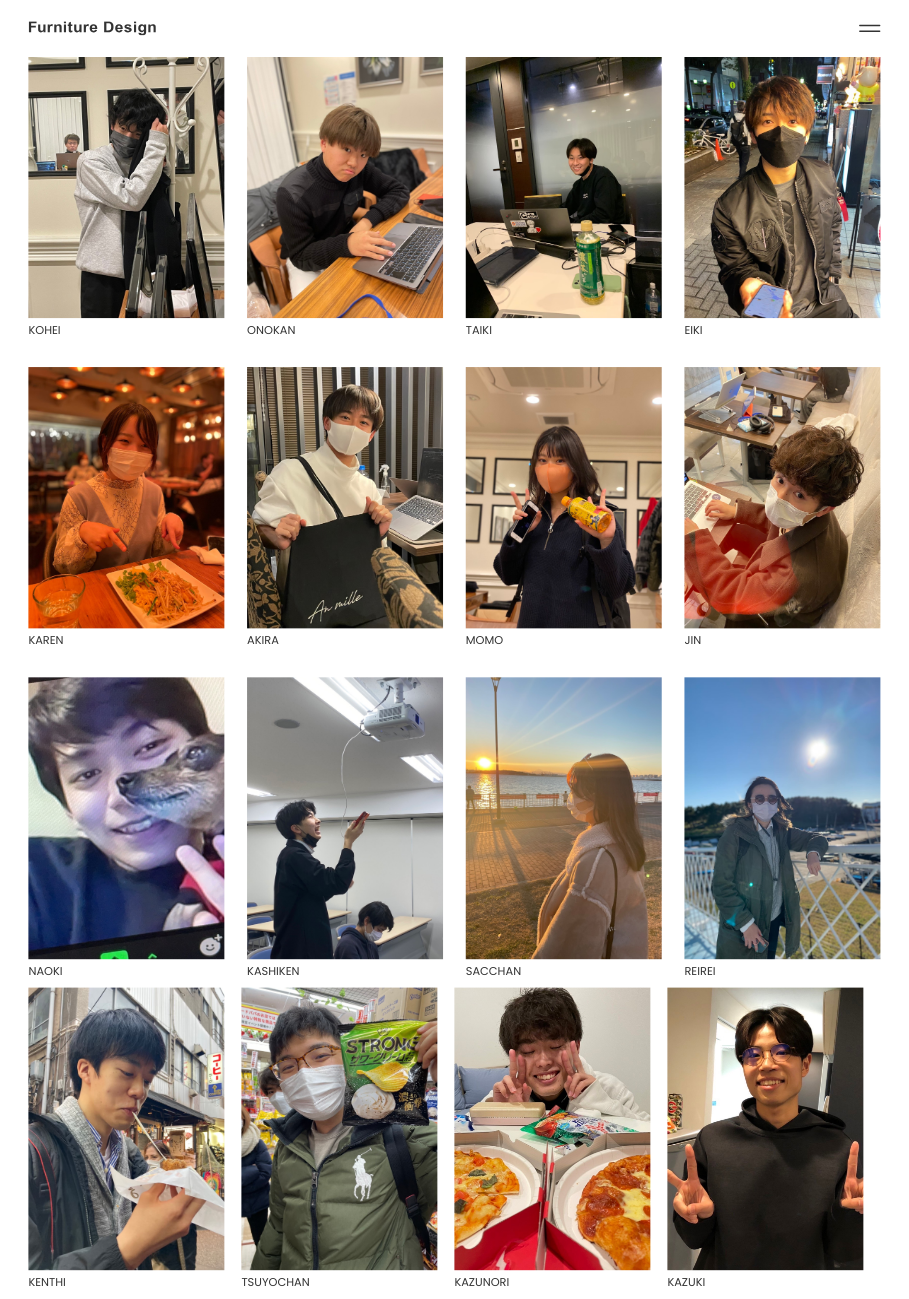
Repository: kohei23n/tenfeet
Page: index.html
The author's editor kept a copy of each file at every save. The page is drawn from the files as they stood at one save, then again after a run of saves.
The browser window is 1280 px wide. The pictures show the whole page, at 71% of full size.

Above is the page before, as saved 2022-02-09 12:23:35.

After the next 2 saves:
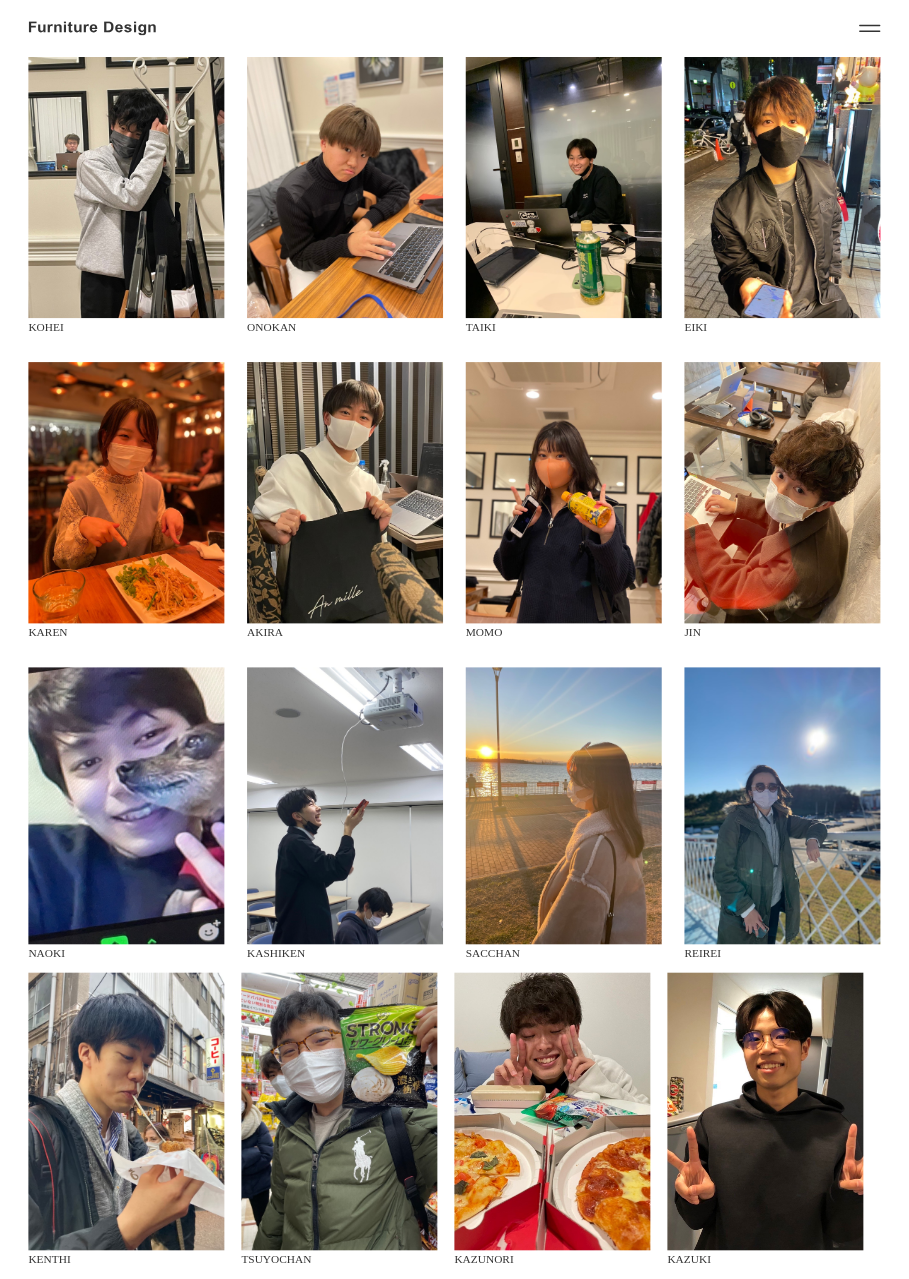
The 2 saves are shown as one change because they came seconds apart.
The last was saved 8 s later.
--- a/style.css
+++ b/style.css
@@ -163,6 +163,8 @@
   opacity: 0.8;
 }
 
+pro
+
 /* NAME */
 
 .name {

After the 3 saves that followed:
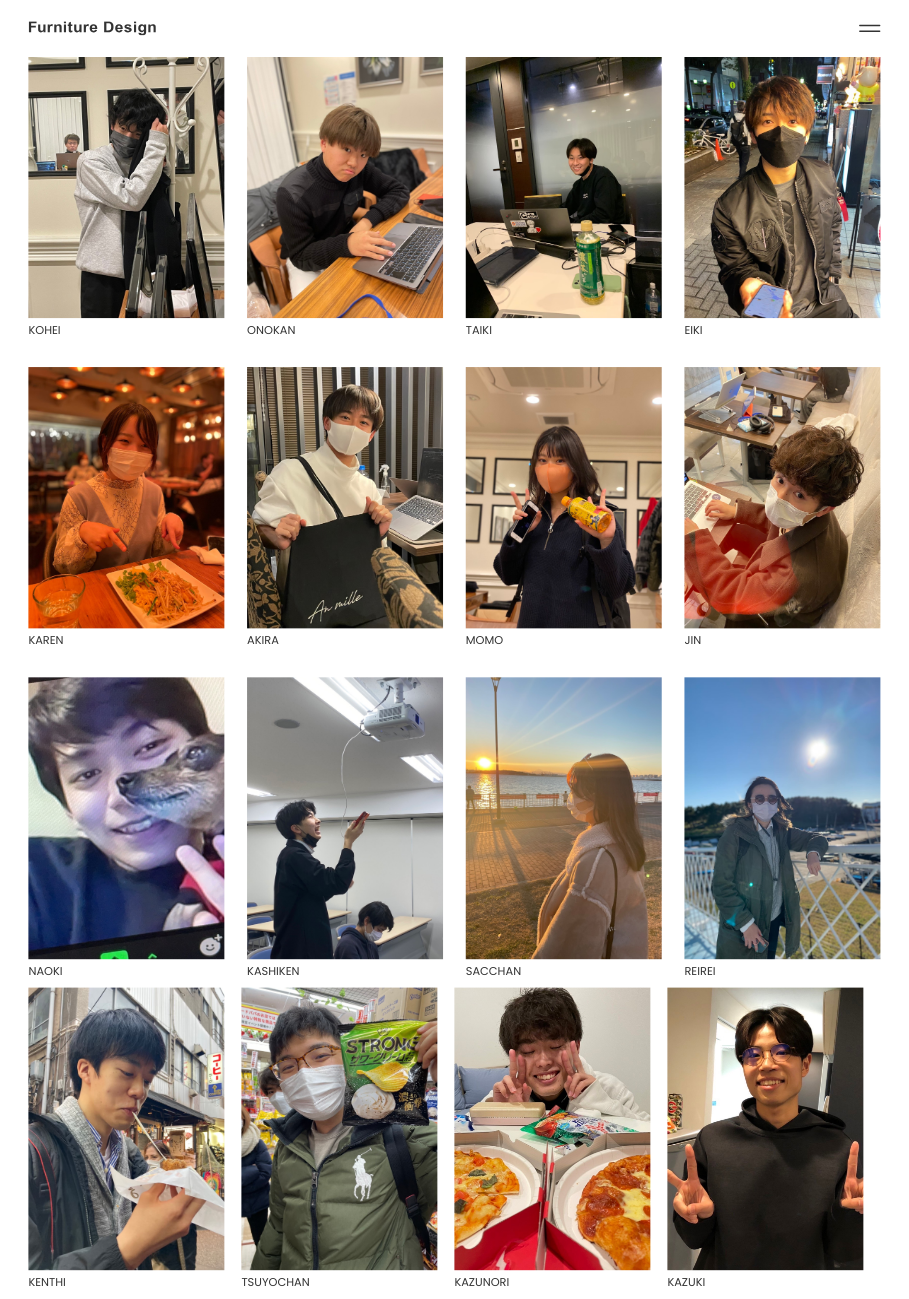
The 3 saves are shown as one change because 1 left the picture as it was and some came seconds apart.
The last was saved 35 s later.
--- a/style.css
+++ b/style.css
@@ -163,7 +163,9 @@
   opacity: 0.8;
 }
 
-pro
+.product_list{
+
+}
 
 /* NAME */
 
